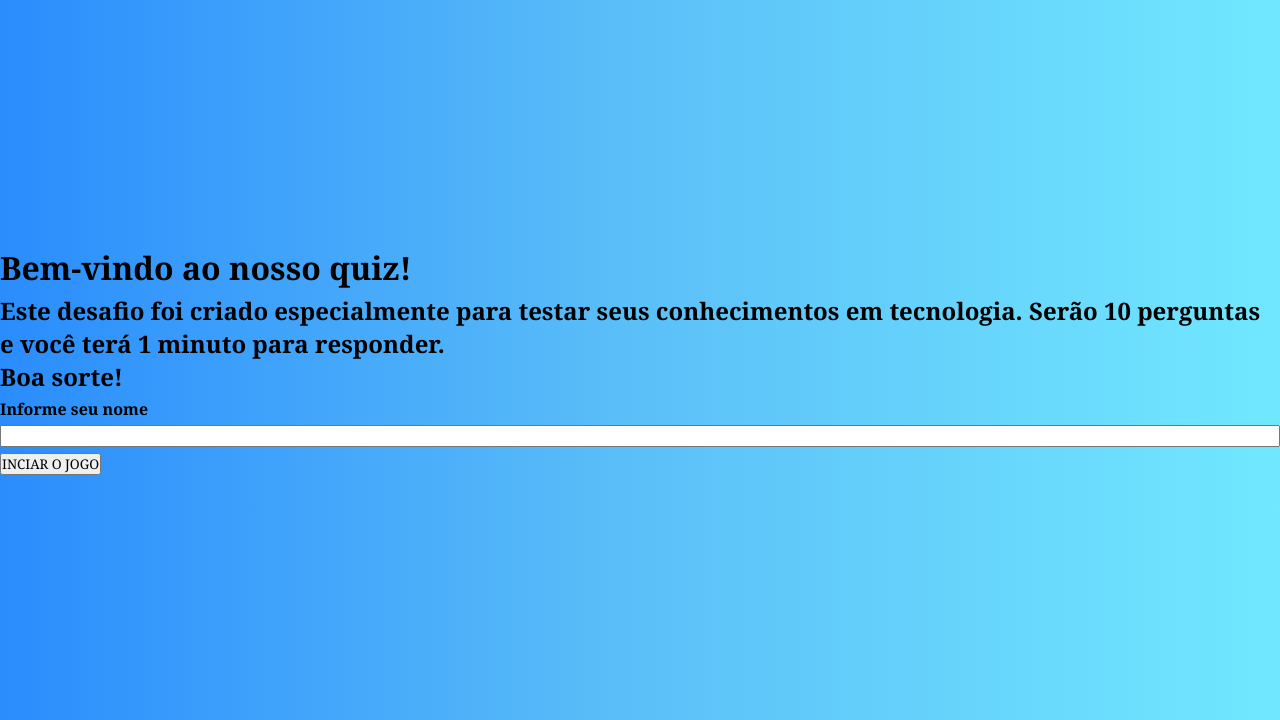
Repository: LaisSilvaO/Projeto-Quizz
Page: telas/apresentação.html
The author's editor kept a copy of each file at every save. The page is drawn from the files as they stood at one save, then again after the next save.
The browser window is 1280 px wide. The pictures show the whole page.

Above is the page before, as saved 2024-12-24 14:00:38.

After the next save:
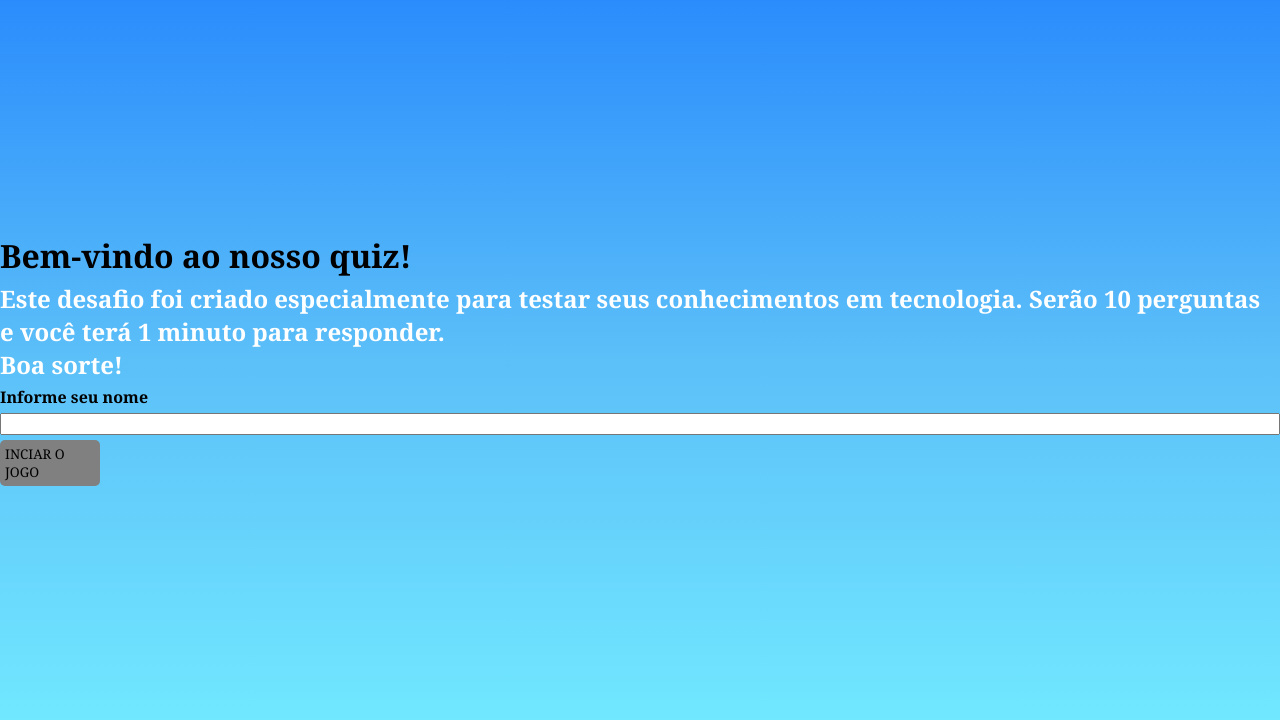
Saved 12 min 38 s later.
--- a/img/tela.css
+++ b/img/tela.css
@@ -10,6 +10,43 @@ body{
   justify-content: center;
   flex-direction: column;
   gap: 5px;
-  background: linear-gradient(90deg, rgba(19, 128, 252, 0.9) 0%, rgba(80, 187, 248, 0.932) , rgba(103, 230, 255, 0.932)100%);
+  background: linear-gradient(180deg, rgba(19, 128, 252, 0.9) 0%, rgba(80, 187, 248, 0.932), rgba(103, 230, 255, 0.932) 100%);
 
 }
+body h2{
+  color: white;
+}
+main{
+  background-color: white;
+  padding: 10px;
+  border-radius: 10px;
+  width: 100%;
+  max-width: 300px;
+  min-height: 200px;
+  display: flex;
+  align-items: center;
+  justify-content: center;
+}
+.content {
+  display: flex;
+  flex-direction: column;
+  width: 100px;
+  gap:10px;
+}
+.qtddquestao{
+  text-align: end;
+}
+.resposta{
+  display: flex;
+  flex-direction: column;
+  gap:5px;
+}
+button{
+  width: 100px;
+  text-align: start;
+  padding: 5px;
+  border: none;
+  border-radius: 5px;
+  cursor: pointer;
+  background-color:grey ;
+}
